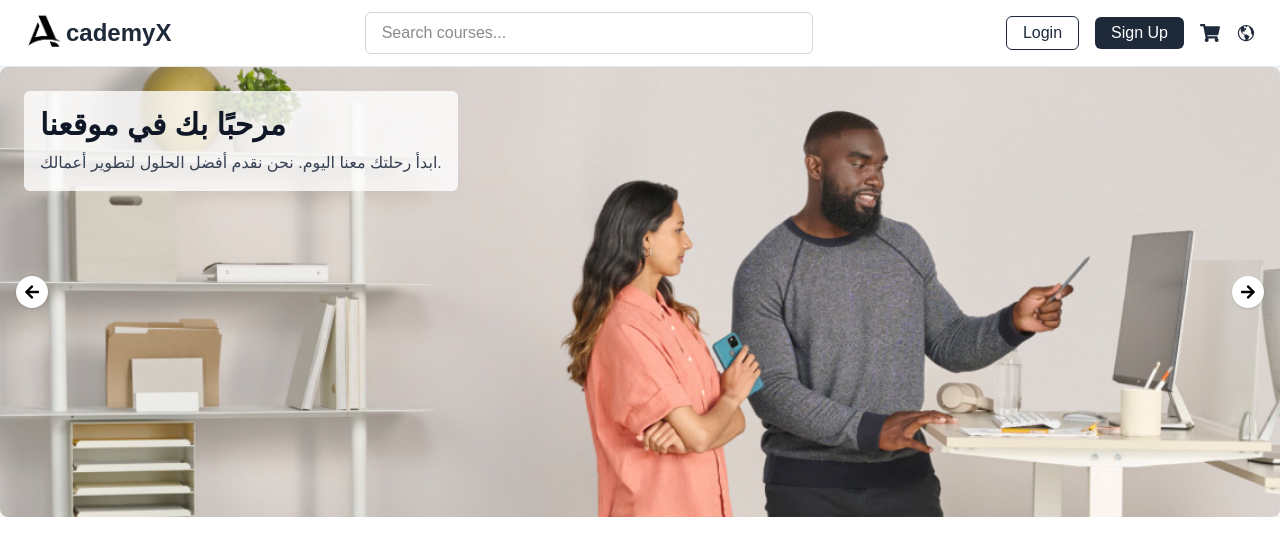
Repository: MohamedSalah54/full-stack-e-learning
Page: / (app in frontend/)
These files come from the project's save history. The page is drawn as it stood at one moment and after the next save; the edit follows.
The browser window is 1280 px wide. The pictures show the whole page.
The project was rebuilt for these pictures with package versions that can differ from the ones it lists, and the page was loaded fresh each time. The framework's server and built-in components were replaced by stand-ins that run in the browser. Also part of the build but not shown: frontend/next.config.ts.

Above is the page before, as saved 2025-06-15 13:10:57.

### frontend/src/app/layout.tsx
import type { Metadata } from "next";
import { Geist, Geist_Mono } from "next/font/google";
import "./globals.css";
import { Providers } from "@/app/providers";
import Navbar from "@/components/Navbar";

const geistSans = Geist({
  variable: "--font-geist-sans",
  subsets: ["latin"],
});

const geistMono = Geist_Mono({
  variable: "--font-geist-mono",
  subsets: ["latin"],
});

export const metadata: Metadata = {
  title: "Create Next App",
  description: "Generated by create next app",
};

export default function RootLayout({
  children,
}: Readonly<{
  children: React.ReactNode;
}>) {
  return (
    <html lang="en">
      <body
        className={`${geistSans.variable} ${geistMono.variable} antialiased`}
      >
        <Navbar/>
        <Providers>{children}</Providers>

      </body>
    </html>
  );
}

### frontend/src/app/page.tsx
import HeroBannerSlider from "@/components/home/HeroBannerSlider"

const Home = () => {
  return (
    <main className="flex flex-col items-center justify-center">
        <HeroBannerSlider/>
    </main>
  )
}

export default Home

### frontend/src/app/providers.jsx
'use client';

import { Provider } from 'react-redux';
import { store } from '@/redux/store/store';
export function Providers({ children }) {
  return <Provider store={store}>{children}</Provider>;
}

### frontend/src/components/Navbar.tsx
'use client';
import { FaShoppingCart } from 'react-icons/fa';
import { IoMdGlobe } from 'react-icons/io';
import { useRouter } from 'next/navigation';

export default function Navbar() {
  const router = useRouter();
  return (
    <nav className="bg-white shadow-sm border-b border-gray-200 py-3 px-6">
      <div className="max-w-7xl mx-auto flex items-center justify-between">
        {/* Left - Logo */}
        <div className="flex items-center cursor-pointer" onClick={()=> router.push('/')}>
          <div className="relative h-10 w-10 mr-[-2px] " >
            <img
              src="/logo.png"
              alt="Logo"
              className="h-full w-full object-contain block"
            />
          </div>
          <span className="text-2xl font-bold text-gray-800 leading-none ml-1">
            cademyX
          </span>
        </div>

        {/* Middle - Search */}
        <div className="flex-1 max-w-md mx-4">
          <input
            type="text"
            placeholder="Search courses..."
            className="w-full border border-gray-300 rounded-md px-4 py-2 focus:outline-none focus:ring-1 focus:ring-gray-800"
          />
        </div>

        {/* Right - Buttons */}
        <div className="flex items-center space-x-4">
          <button className="px-4 py-1 border border-gray-800 text-gray-800 rounded-md hover:bg-gray-100 transition cursor-pointer" onClick={()=>router.push('/auth/login')}>
            Login
          </button>
          <button className="px-4 py-1 bg-gray-800 text-white rounded-md hover:bg-gray-700 transition cursor-pointer" onClick={()=>router.push('/auth/register')} >
            Sign Up
          </button>
          <FaShoppingCart className="text-gray-800 text-xl cursor-pointer hover:scale-110 transition " />
          <IoMdGlobe className="text-gray-800 text-xl cursor-pointer hover:scale-110 transition " />
        </div>
      </div>
    </nav>
  );
}

### frontend/src/components/home/HeroBannerSlider.tsx
// components/hero/HeroBannerSlider.tsx
"use client";

import React, { useState } from "react";
import { FaArrowLeft, FaArrowRight } from "react-icons/fa";

const slides = [
    {
        image: "/banner1.jpg",
        title: "مرحبًا بك في موقعنا",
        description: "ابدأ رحلتك معنا اليوم. نحن نقدم أفضل الحلول لتطوير أعمالك.",
    },
    {
        image: "/banner2.jpg",
        title: "حلول رقمية متكاملة",
        description: "نساعدك في بناء مستقبل رقمي قوي واحترافي.",
    },
];

const HeroBannerSlider = () => {
    const [current, setCurrent] = useState(0);

    const nextSlide = () => {
        setCurrent((prev) => (prev + 1) % slides.length);
    };

    const prevSlide = () => {
        setCurrent((prev) => (prev - 1 + slides.length) % slides.length);
    };

    return (
       <section className="w-full h-[450px] relative overflow-hidden bg-gray-100">
  <div className="w-full h-full max-w-7xl mx-auto relative">
    <img
      src={slides[current].image}
      alt="Hero"
      className="w-full h-full object-cover transition-all duration-700 rounded-lg"
    />

    {/* Text overlay */}
    <div className="absolute inset-0 flex items-start justify-start p-6">
      <div className="bg-white/80 p-4 rounded-md max-w-md">
        <h1 className="text-2xl lg:text-3xl font-bold text-gray-900 mb-2">
          {slides[current].title}
        </h1>
        <p className="text-gray-700 text-base">{slides[current].description}</p>
      </div>
    </div>

    {/* Arrows */}
    <button
      onClick={prevSlide}
      className="absolute top-1/2 left-4 transform -translate-y-1/2 bg-white text-black p-2 rounded-full shadow hover:bg-gray-200 z-10"
    >
      <FaArrowLeft />
    </button>
    <button
      onClick={nextSlide}
      className="absolute top-1/2 right-4 transform -translate-y-1/2 bg-white text-black p-2 rounded-full shadow hover:bg-gray-200 z-10"
    >
      <FaArrowRight />
    </button>
  </div>
</section>

    );
};

export default HeroBannerSlider;

Loaded but not shown: frontend/src/app/globals.css (common file); frontend/src/redux/store/store.ts (common file)

After the next save:
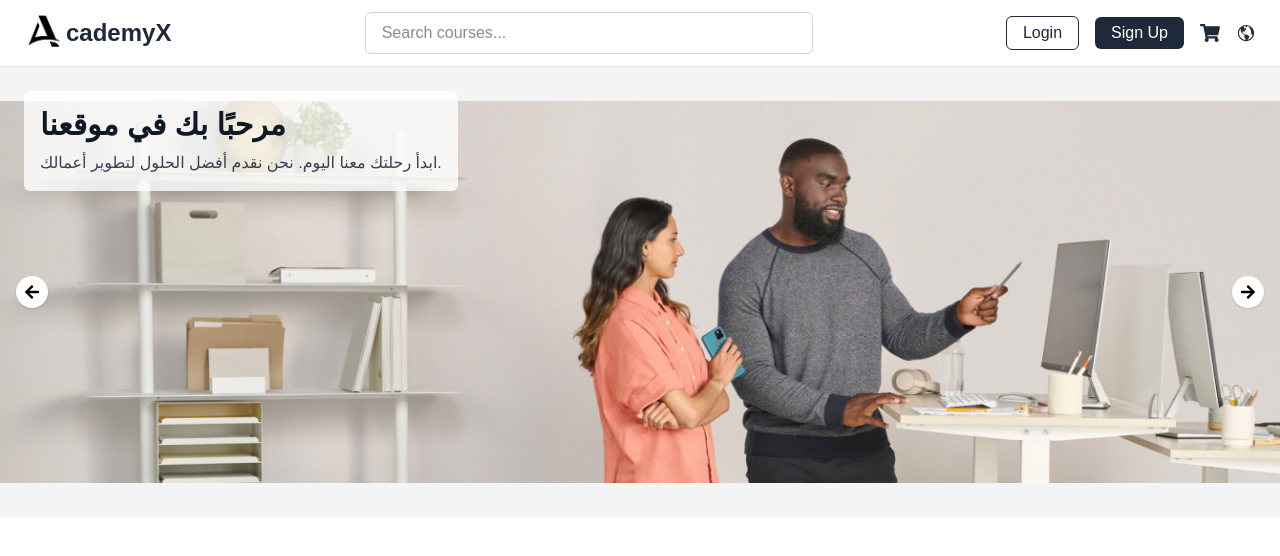
Saved 87 s later.
--- a/frontend/src/components/home/HeroBannerSlider.tsx
+++ b/frontend/src/components/home/HeroBannerSlider.tsx
@@ -34,7 +34,7 @@
     <img
       src={slides[current].image}
       alt="Hero"
-      className="w-full h-full object-cover transition-all duration-700 rounded-lg"
+  className="w-full h-full object-contain transition-all duration-700 rounded-lg"
     />
 
     {/* Text overlay */}
